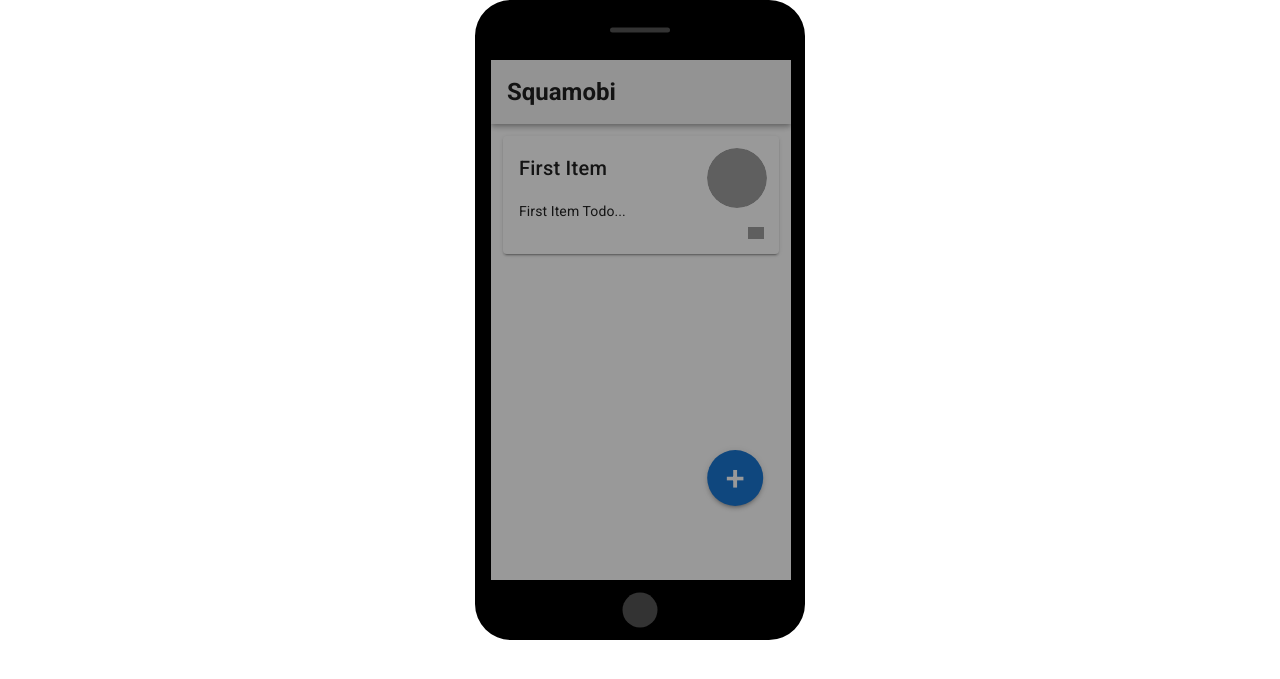
Repository: Keepnox/squamobi-interview
Page: /
An editor plug-in stored every save of this project. The page is shown before and after the next save, followed by the edit.
The browser window is 1280 px wide. The pictures show the whole page.
Pictures or frames that could not be fetched are drawn as grey boxes. The project was rebuilt for these pictures with package versions that can differ from the ones it lists, and the page was loaded fresh each time. Also part of the build but not shown: vue.config.js.

Above is the page before, as saved 2022-01-18 00:30:03.

After the next save:
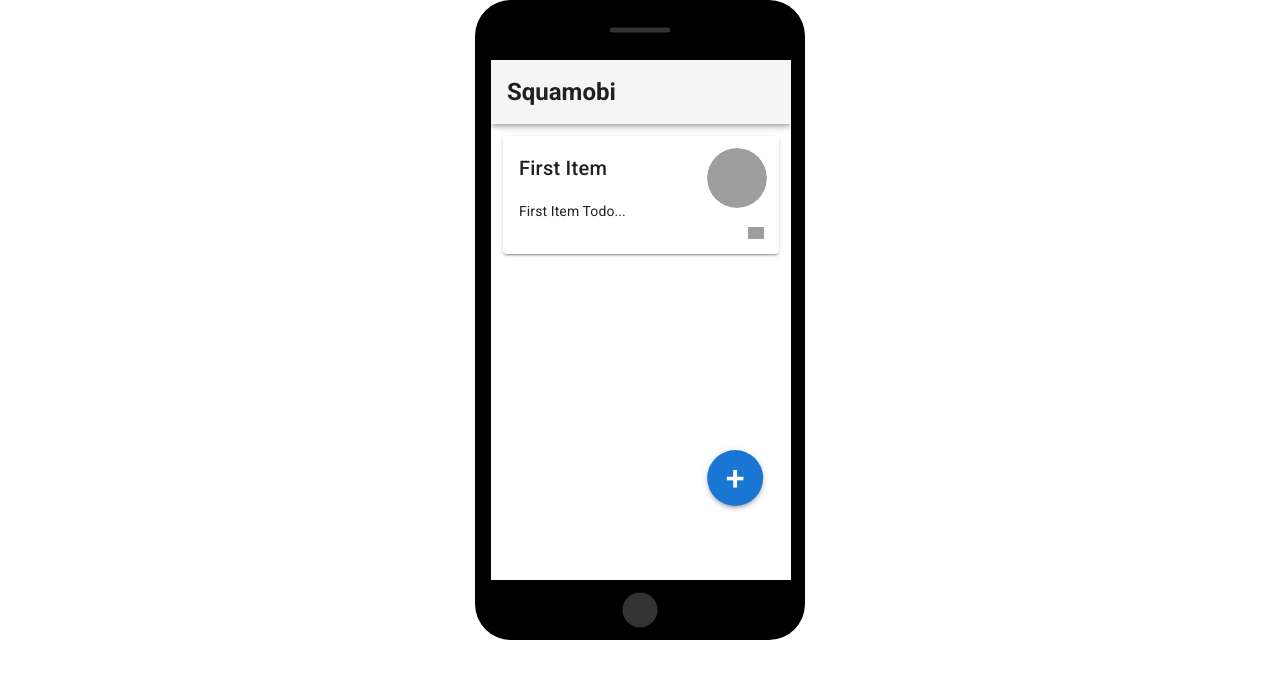
Saved 21 min 53 s later.
--- a/src/views/Home.vue
+++ b/src/views/Home.vue
@@ -115,7 +115,7 @@ export default {
 }
 
 .v-application--wrap:before {
-  content: "";
+  /* content: ""; */
   position: absolute;
   top: 0;
   width: 100%;
